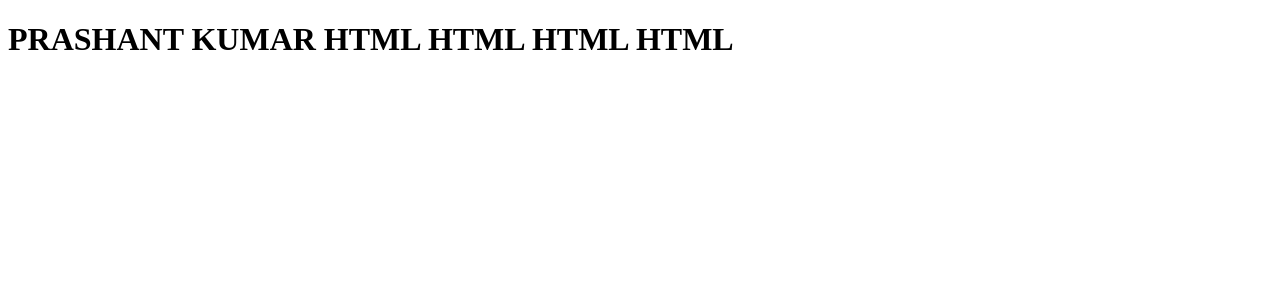
Repository: prashantkumarbind/Hospital-Weather-Concept
Page: hospital/src/main/webapp/UI/index.html
An editor plug-in stored every save of this project. The page is shown before and after the next save, followed by the edit.
The browser window is 1280 px wide. The pictures show the whole page.

Above is the page before, as saved 2024-01-18 17:04:00.

After the next save:
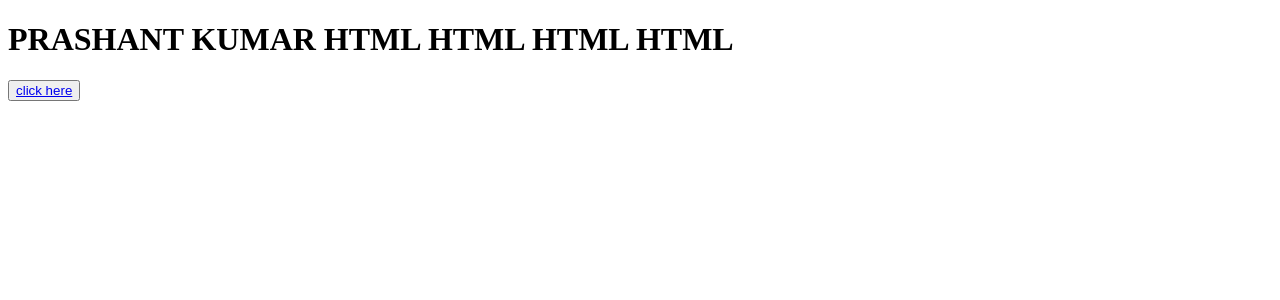
Saved 24 s later.
--- a/hospital/src/main/webapp/UI/index.html
+++ b/hospital/src/main/webapp/UI/index.html
@@ -6,5 +6,6 @@
 </head>
 <body>
 		<h1>PRASHANT KUMAR HTML HTML HTML HTML</h1>
+		<button><a href="index.jsp">click here</a></button>
 </body>
 </html>
